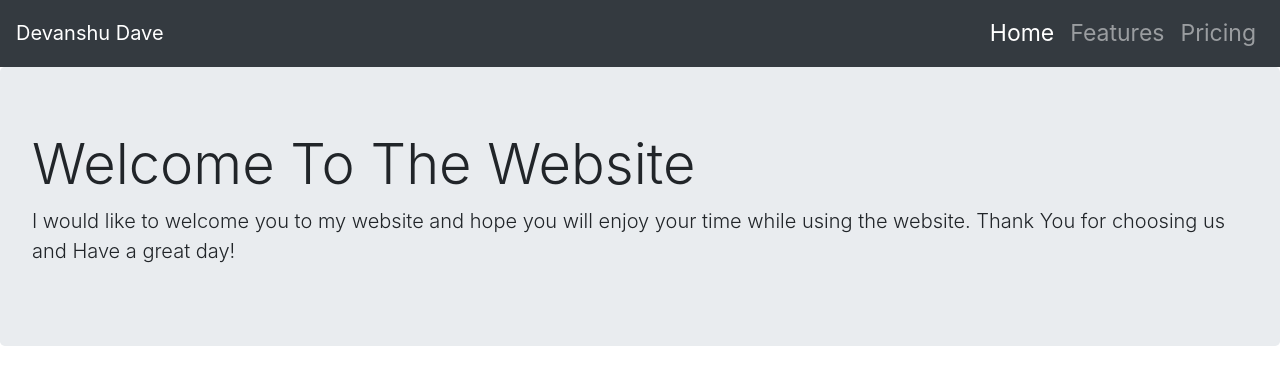
Repository: devanshudave1901/Mobile-Dev-Website
Page: index.html
An editor plug-in stored every save of this project. The page is shown before and after the next save, followed by the edit.
The browser window is 1280 px wide. The pictures show the whole page.
Some web libraries are served in a nearby version.

Above is the page before, as saved 2022-10-04 23:53:05.

After the next save:
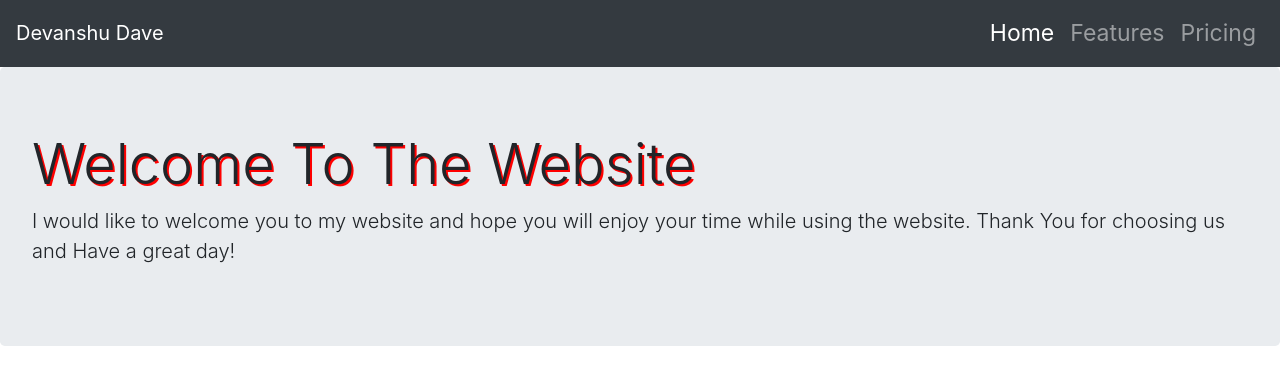
Saved 56 s later.
--- a/index.html
+++ b/index.html
@@ -16,6 +16,7 @@
         font-size: 23px;
       }
       .welcomeHeading {
+        text-shadow: 2px 2px red;
       }
     </style>
     <script
